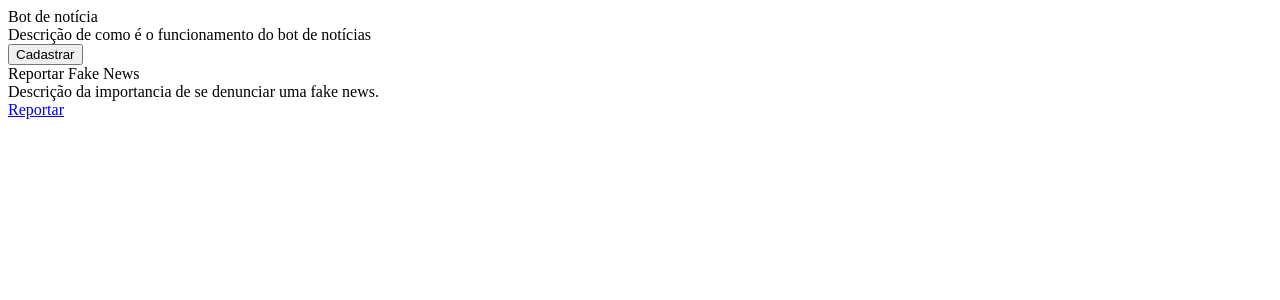
Repository: ICEI-PUC-Minas-PPLES-TI/plf-es-2021-1-ti1-7946100-04-fake-news-2
Page: Codigo/src/reportar/esquerda.html
These files come from the project's save history. The page is drawn as it stood at one moment and after the next save; the edit follows.
The browser window is 1280 px wide. The pictures show the whole page.

Above is the page before, as saved 2021-07-04 11:57:43.

After the next save:
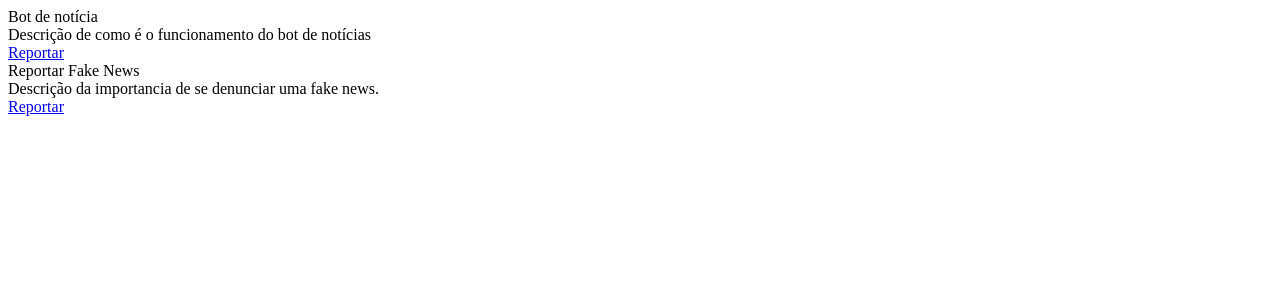
Saved 2 min 5 s later.
--- a/Codigo/src/reportar/esquerda.html
+++ b/Codigo/src/reportar/esquerda.html
@@ -5,7 +5,11 @@
             <div class="gray_color">Descrição de como é o funcionamento do bot de notícias</div>
 
             <div style="display: flex;">
-                <input type="button" class="button_a searchButton registerButton backButton_a" value="Cadastrar" onclick="save()">
+                <a href="../bot/index.html" class="button_a backButton_a">
+                    <div class="searchButton registerButton backButton" >
+                        Reportar
+                    </div>
+                </a>
             </div>
         </div>
 
